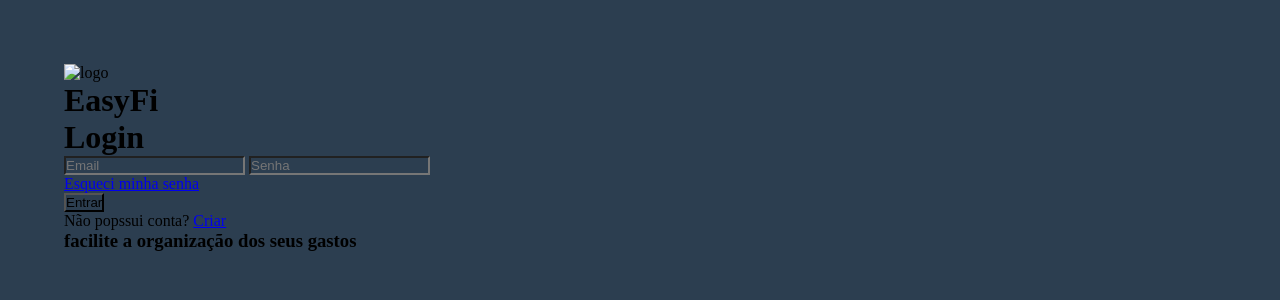
Repository: Ingridiag/projeto-engenharia
Page: login.html
The author's editor kept a copy of each file at every save. The page is drawn from the files as they stood at one save, then again after the next save.
The browser window is 1280 px wide. The pictures show the whole page.

Above is the page before, as saved 2024-10-28 14:58:20.

After the next save:
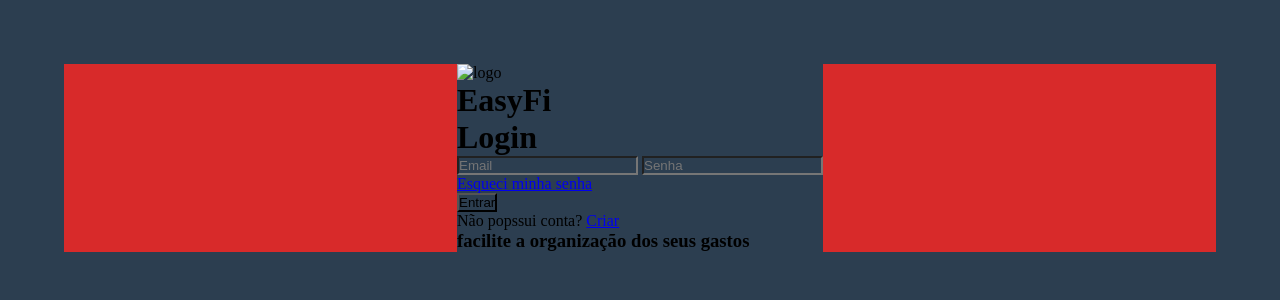
Saved 6 s later.
--- a/style.css
+++ b/style.css
@@ -15,7 +15,7 @@
     display: flex;
     background: #d82a2a;
     flex-direction: column;
-    align-items: ;
+    align-items: center;
 }
 
 .cadastro{
